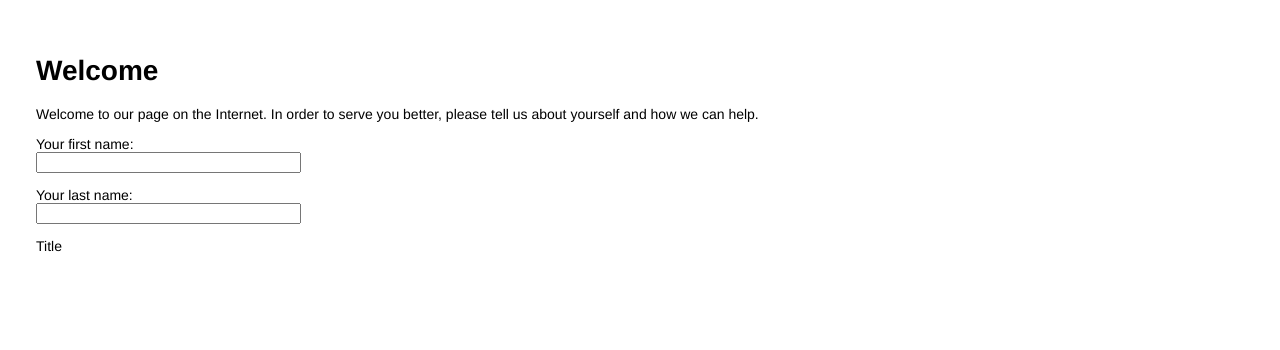
Repository: alboss/bit-175
Page: docs/customer-service.html
An editor plug-in stored every save of this project. The page is shown before and after the next save, followed by the edit.
The browser window is 1280 px wide. The pictures show the whole page.

Above is the page before, as saved 2023-04-19 14:20:39.

After the next save:
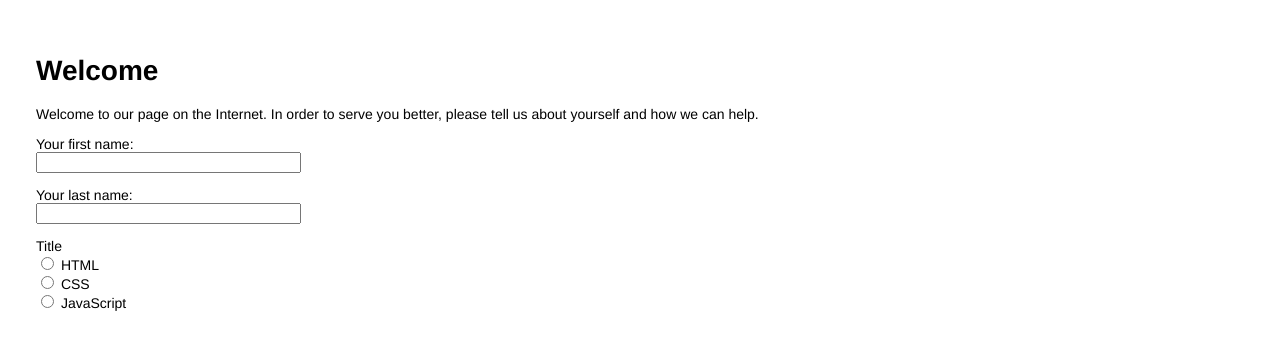
Saved 64 s later.
--- a/docs/customer-service.html
+++ b/docs/customer-service.html
@@ -15,7 +15,12 @@
 <p>Your first name:<br><input id="first-name" size="30"></p>
 <p>Your last name:<br><input id="last-name" size="30"></p>
 <p>Title<br>
-</p>
+<input type="radio" id="html" name="fav_language" value="HTML">
+<label for="html">HTML</label><br>
+<input type="radio" id="css" name="fav_language" value="CSS">
+<label for="css">CSS</label><br>
+<input type="radio" id="javascript" name="fav_language" value="JavaScript">
+<label for="javascript">JavaScript</label></p>
     </form>
 </body>
 </html>
